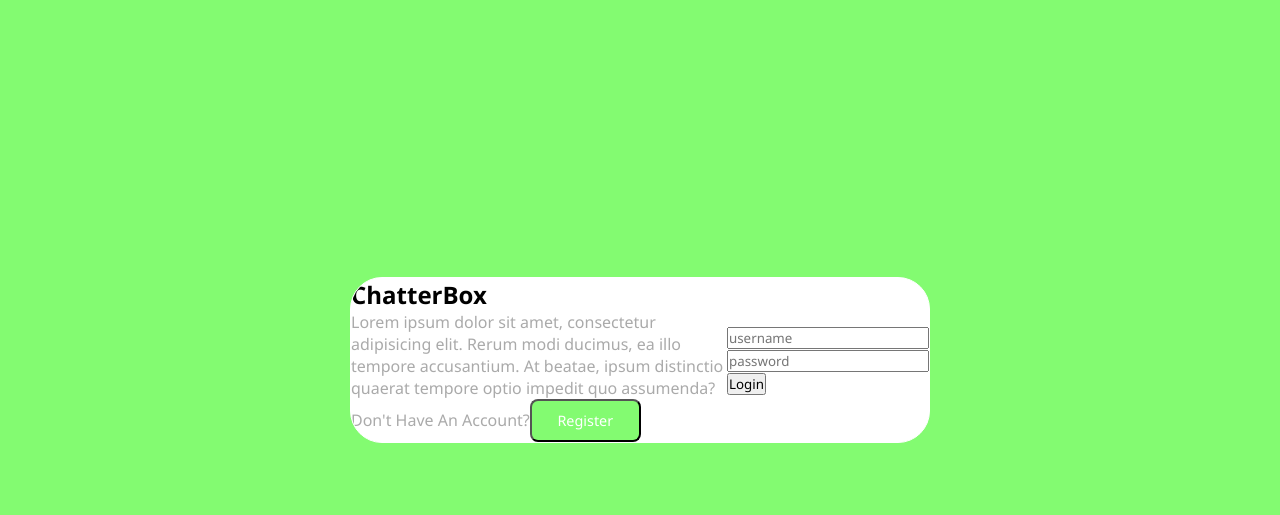
Repository: Habeebur1493/social-media-app
Page: /signup
An editor plug-in stored every save of this project. The page is shown before and after the next save, followed by the edit.
The browser window is 1280 px wide. The pictures show the whole page.
The project was rebuilt for these pictures with package versions that can differ from the ones it lists, and the page was loaded fresh each time. Also part of the build but not shown: vite.config.js.

Above is the page before, as saved 2025-01-28 00:51:30.

After the next save:
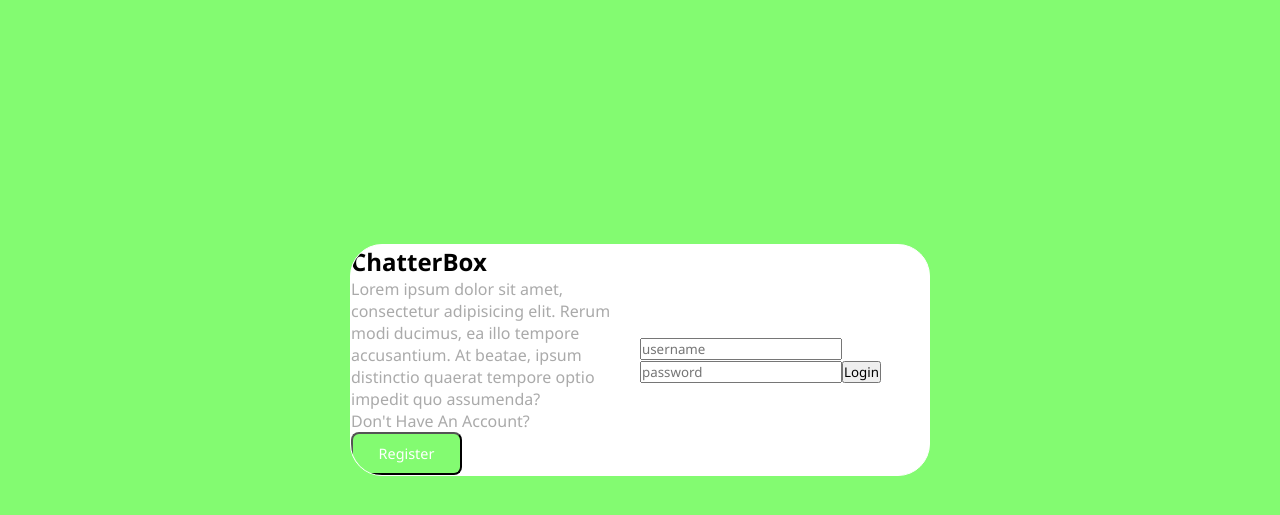
Saved 66 s later.
--- a/src/pages/login/login.css
+++ b/src/pages/login/login.css
@@ -16,3 +16,11 @@
     border-radius: 2rem;
     overflow: hidden;
 }
+
+.login .card .left{
+    flex: 1;
+}
+
+.login .card .right{
+    flex: 1;
+}
